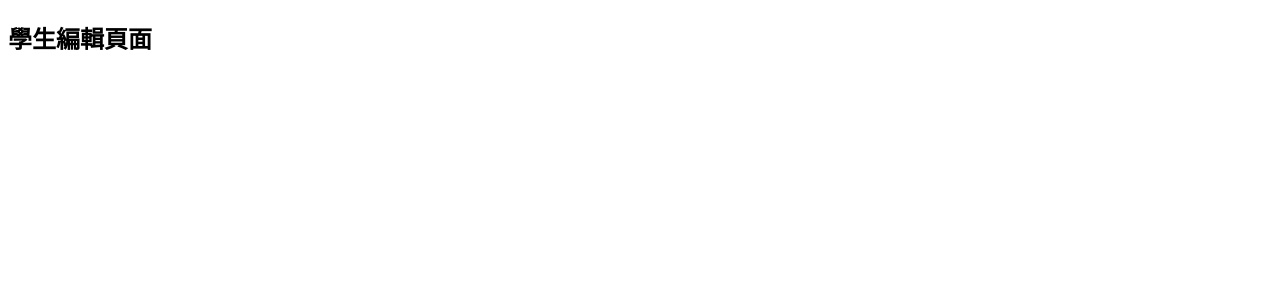
Repository: AirconChen/PracticeSpringMVC
Page: http://localhost/FormSpringMVCWAR/demo/edit
The author's editor kept a copy of each file at every save. The page is drawn from the files as they stood at one save, then again after a run of saves.
The browser window is 1280 px wide. The pictures show the whole page.
The page is served by Tomcat 9.

Above is the page before, as saved 2015-11-11 04:06:09.

After the next 2 saves:
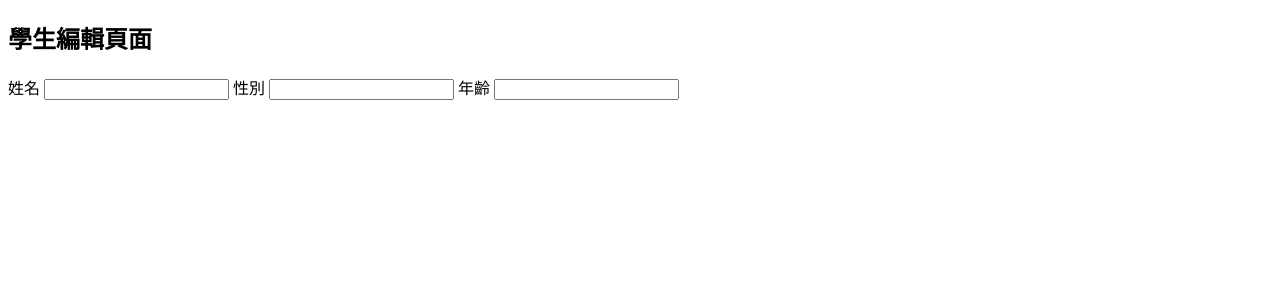
The 2 saves are shown as one change because they came seconds apart.
The last was saved 60 s later.
--- a/FormSpringMVCWAR/WebContent/WEB-INF/jsp/edit.jsp
+++ b/FormSpringMVCWAR/WebContent/WEB-INF/jsp/edit.jsp
@@ -8,7 +8,12 @@
 <body>
 	<h2>學生編輯頁面</h2>
 	<form method="POST" action="/demo/result">
-
+		<label for="name">姓名</label>
+		<input type="text" name="name" value=""/>
+		<label for="gender">性別</label>
+		<input type="text" name="gender" value=""/>
+		<label for="age">年齡</label>
+		<input type="text" name="age" value=""/>
 	</form>
 </body>
 </html>
